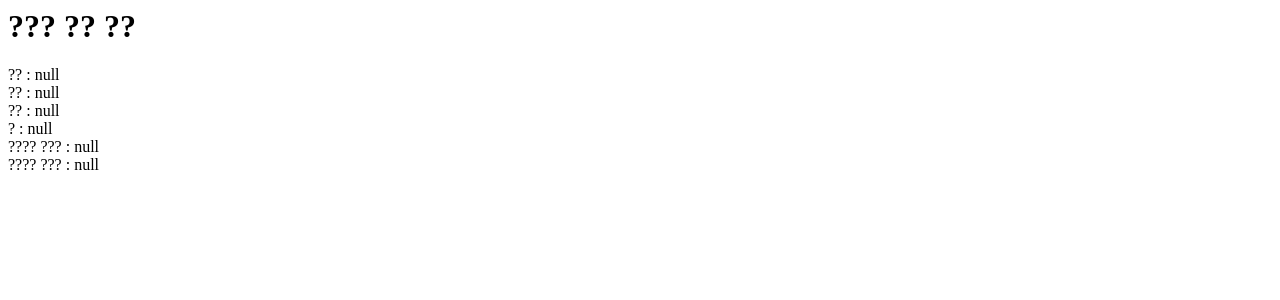
Repository: pcc767/khSchool
Page: http://localhost/01_ServletBasic/method.do
These files come from the project's save history. The page is drawn as it stood at one moment and after the next save; the edit follows.
The browser window is 1280 px wide. The pictures show the whole page.
The page is served by Tomcat 9.

Above is the page before, as saved 2022-07-11 11:26:59.

After the next save:
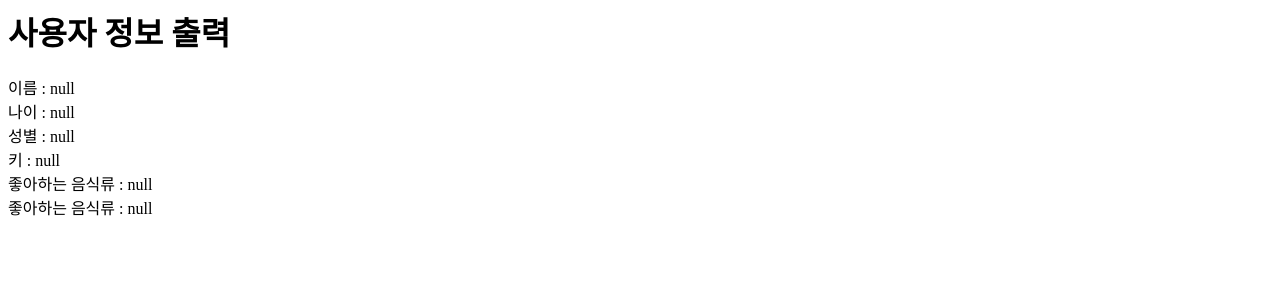
Saved 4 min 25 s later.
--- a/dev-source_Servlet/01_ServletBasic/src/main/java/com/servlet/controller/HttpMethodServlet.java
+++ b/dev-source_Servlet/01_ServletBasic/src/main/java/com/servlet/controller/HttpMethodServlet.java
@@ -38,7 +38,7 @@ public class HttpMethodServlet extends HttpServlet {
 		System.out.println(food);
 		System.out.println(Arrays.toString(foods));
 
-		resp.setContentType("text.html;charset=UTF-8");
+		resp.setContentType("text/html;charset=UTF-8");
 		PrintWriter out = resp.getWriter();
 
 		out.println("<html>");
@@ -59,6 +59,7 @@ public class HttpMethodServlet extends HttpServlet {
 	@Override
 	protected void doPost(HttpServletRequest req, HttpServletResponse resp) throws ServletException, IOException {
 		System.out.println("post로 호출됨.");
+		req.setCharacterEncoding("UTF-8");
 		doGet(req, resp);
 	}
 
